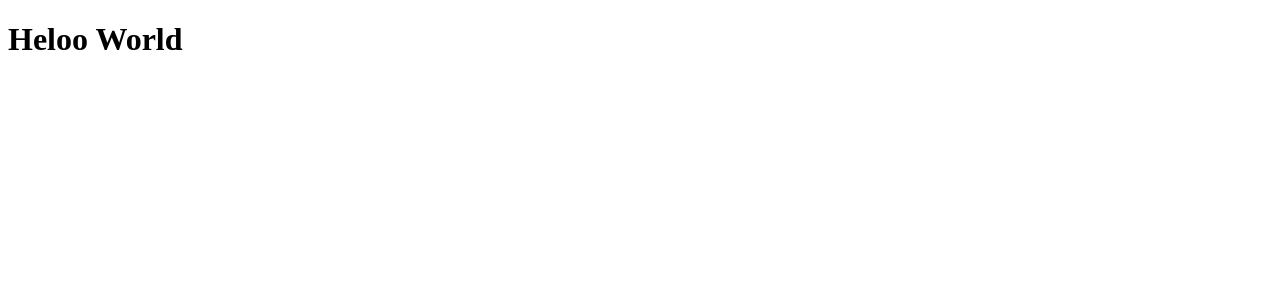
Repository: LuizMXavier/artesao
Page: /
These files come from the project's save history. The page is drawn as it stood at one moment and after a run of saves; the edit follows.
The browser window is 1280 px wide. The pictures show the whole page.
The project was rebuilt for these pictures with package versions that can differ from the ones it lists, and the page was loaded fresh each time. The framework's server and built-in components were replaced by stand-ins that run in the browser. Also part of the build but not shown: next.config.ts.

Above is the page before, as saved 2026-09-11 14:39:33.

After the next 9 saves:
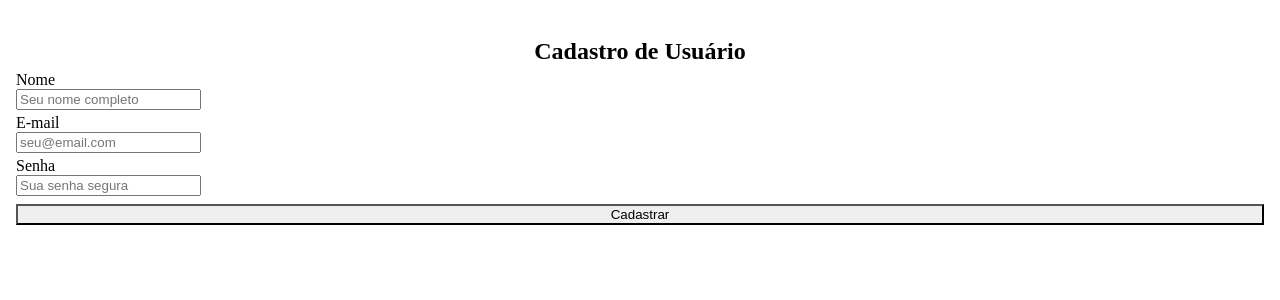
The 9 saves are shown as one change because 3 did not build or start and some came seconds apart.
The last was saved 9 min 50 s later.
--- a/app/page.tsx
+++ b/app/page.tsx
@@ -1,7 +1,99 @@
-export default function Home() {
+import { useForm } from 'react-hook-form';
+import {
+  Box,
+  Button,
+  FormControl,
+  FormLabel,
+  FormErrorMessage,
+  Input,
+  VStack,
+  Heading,
+  Container,
+} from '@chakra-ui/react';
+
+
+export default function CadastroUsuario() {
+  const {
+    handleSubmit,
+    register,
+    formState: { errors, isSubmitting },
+  } = useForm();
+
+  const onSubmit = (values) => {
+    return new Promise((resolve) => {
+      setTimeout(() => {
+        alert(JSON.stringify(values, null, 2));
+        resolve();
+      }, 2000);
+    });
+  };
+
   return (
-    <div>
-      <h1>Heloo World</h1>
-    </div>
+    <Container maxW="md" mt={10}>
+      <Box p={8} borderWidth={1} borderRadius={8} boxShadow="lg">
+        <Heading mb={6} size="lg" textAlign="center">
+          Cadastro de Usuário
+        </Heading>
+        <form onSubmit={handleSubmit(onSubmit)}>
+          <VStack spacing={4} align="stretch">
+
+            {/* Nome */}
+            <FormControl isInvalid={errors.nome}>
+              <FormLabel htmlFor="nome">Nome</FormLabel>
+              <Input
+                id="nome"
+                placeholder="Seu nome completo"
+                {...register('nome', { required: 'O nome é obrigatório' })}
+              />
+              <FormErrorMessage>
+                {errors.nome && errors.nome.message}
+              </FormErrorMessage>
+            </FormControl>
+
+            {/* E-mail */}
+            <FormControl isInvalid={errors.email}>
+              <FormLabel htmlFor="email">E-mail</FormLabel>
+              <Input
+                id="email"
+                type="email"
+                placeholder="seu@email.com"
+                {...register('email', { required: 'O e-mail é obrigatório' })}
+              />
+              <FormErrorMessage>
+                {errors.email && errors.email.message}
+              </FormErrorMessage>
+            </FormControl>
+
+            {/* Senha */}
+            <FormControl isInvalid={errors.senha}>
+              <FormLabel htmlFor="senha">Senha</FormLabel>
+              <Input
+                id="senha"
+                type="password"
+                placeholder="Sua senha segura"
+                {...register('senha', {
+                  required: 'A senha é obrigatória',
+                  minLength: { value: 6, message: 'Mínimo de 6 caracteres' },
+                })}
+              />
+              <FormErrorMessage>
+                {errors.senha && errors.senha.message}
+              </FormErrorMessage>
+            </FormControl>
+
+            {/* Botão de Envio */}
+            <Button
+              colorScheme="blue"
+              isLoading={isSubmitting}
+              type="submit"
+              width="full"
+              mt={4}
+            >
+              Cadastrar
+            </Button>
+          </VStack>
+        </form>
+      </Box>
+    </Container>
   );
 }
